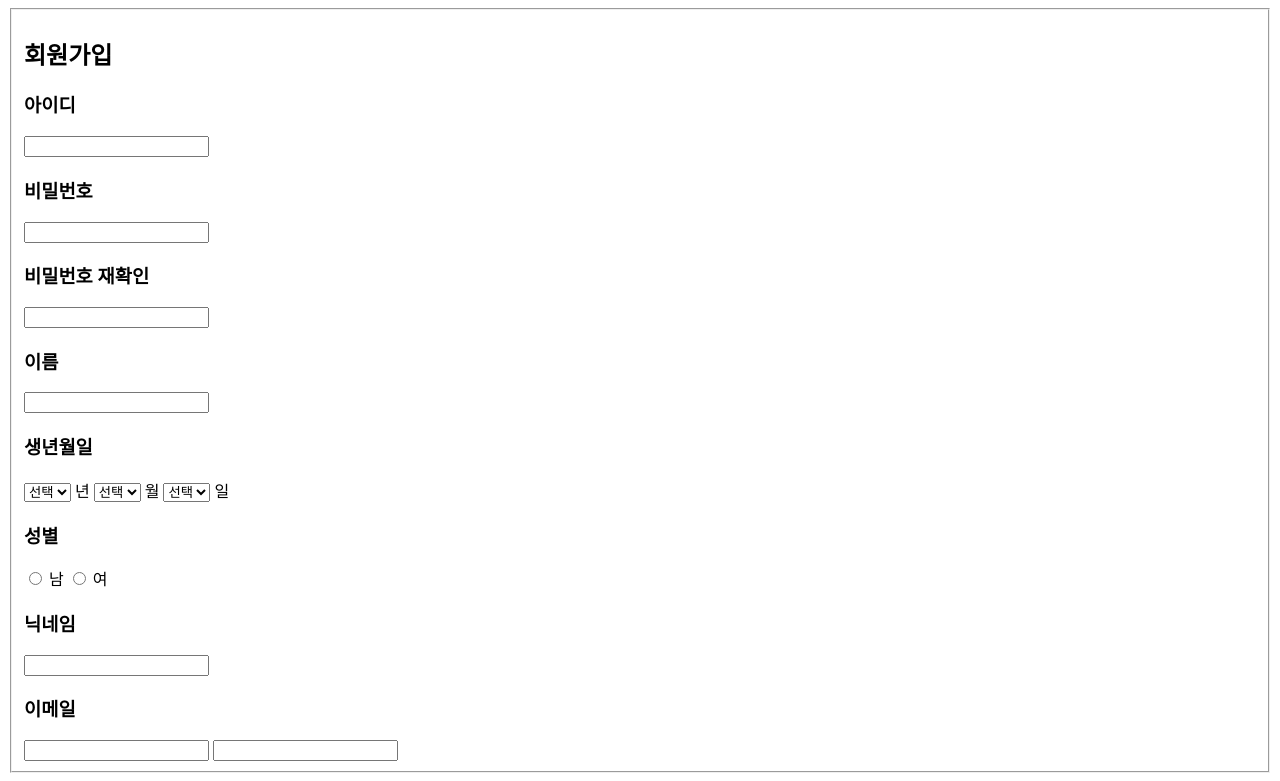
Repository: agheha/trillion
Page: YH/login/login.html
These files come from the project's save history. The page is drawn as it stood at one moment and after the next save; the edit follows.
The browser window is 1280 px wide. The pictures show the whole page.

Above is the page before, as saved 2019-09-03 17:39:48.

After the next save:
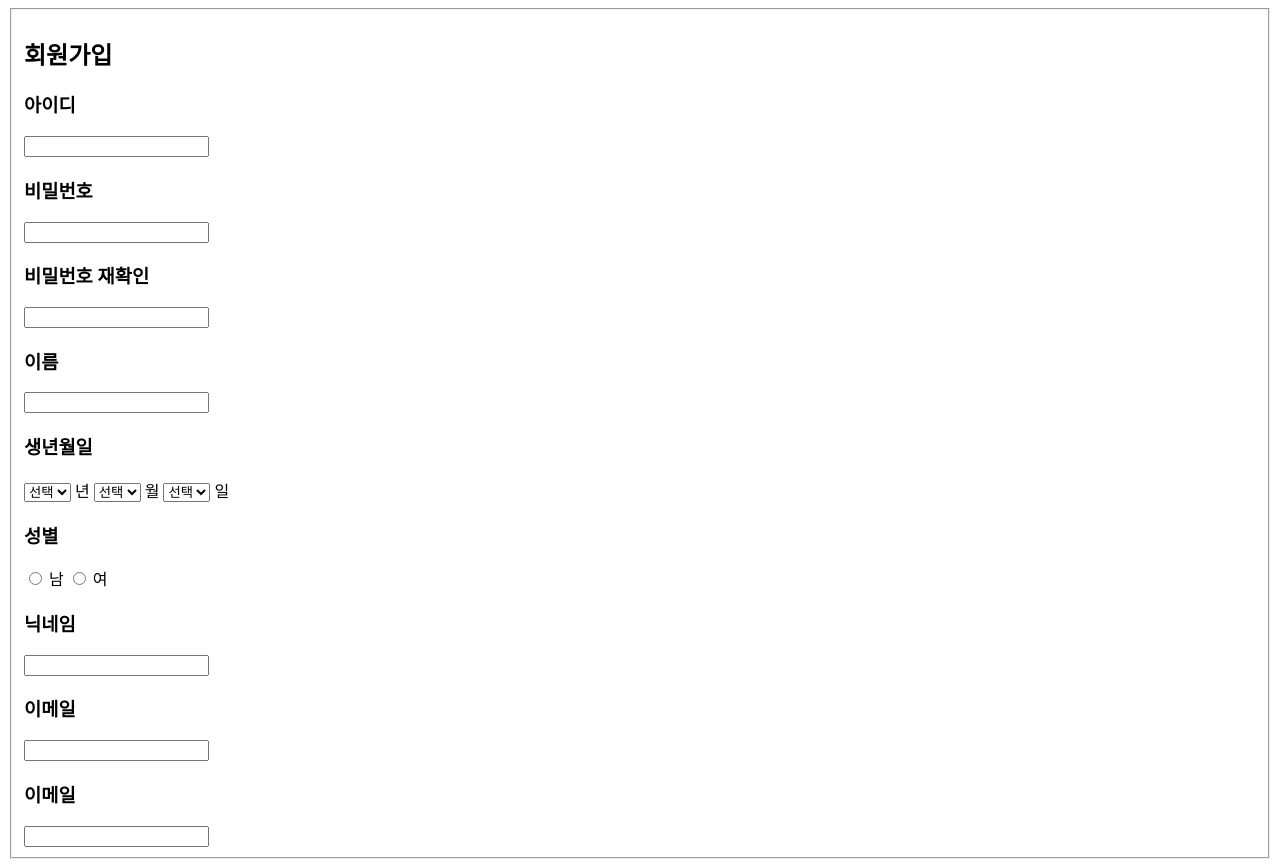
Saved 26 s later.
--- a/YH/login/login.html
+++ b/YH/login/login.html
@@ -48,6 +48,7 @@
                 <div><input type="password" name="nicname"></div>
                 <h3>이메일</h3>
                 <input type="email" name="email" required>
+                <h3>이메일</h3>
                 <input type="number" name="number" min="0">
         </fieldset>
     </form>
